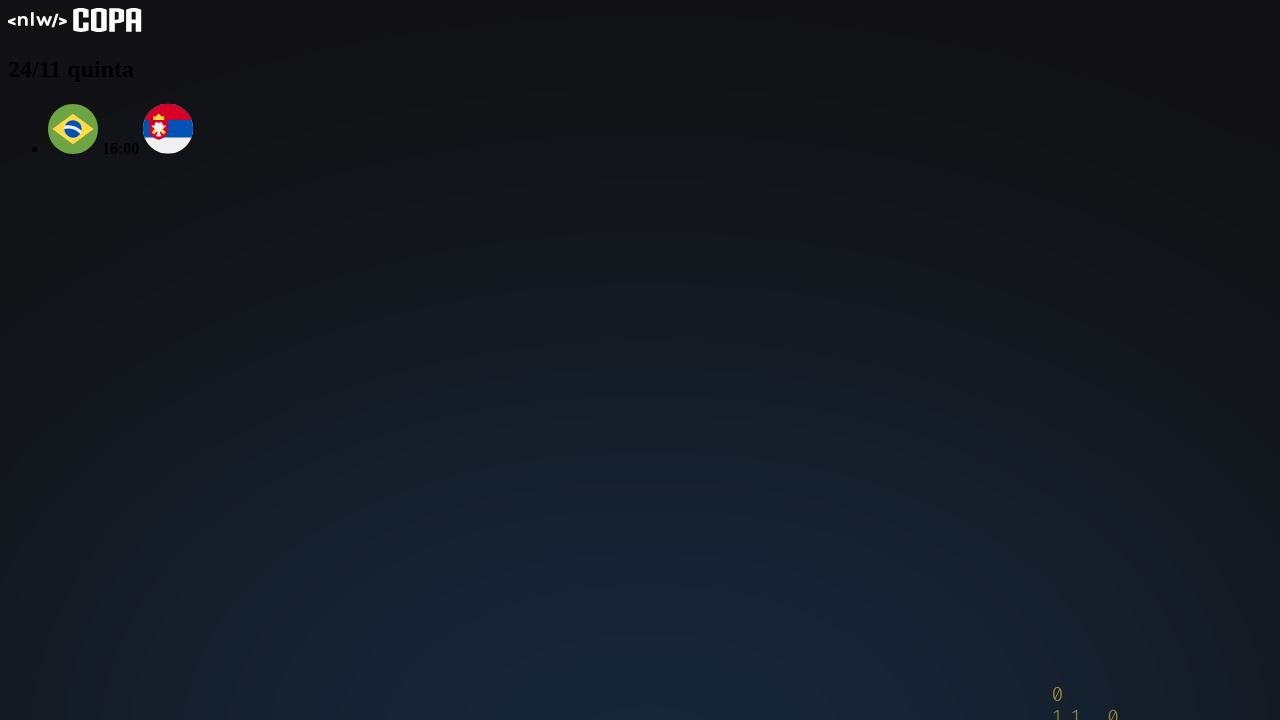
Repository: AlbertoLutz/calendario-copa
Page: index.html
An editor plug-in stored every save of this project. The page is shown before and after the next save, followed by the edit.
The browser window is 1280 px wide. The pictures show the whole page.

Above is the page before, as saved 2022-11-07 16:31:15.

After the next save:
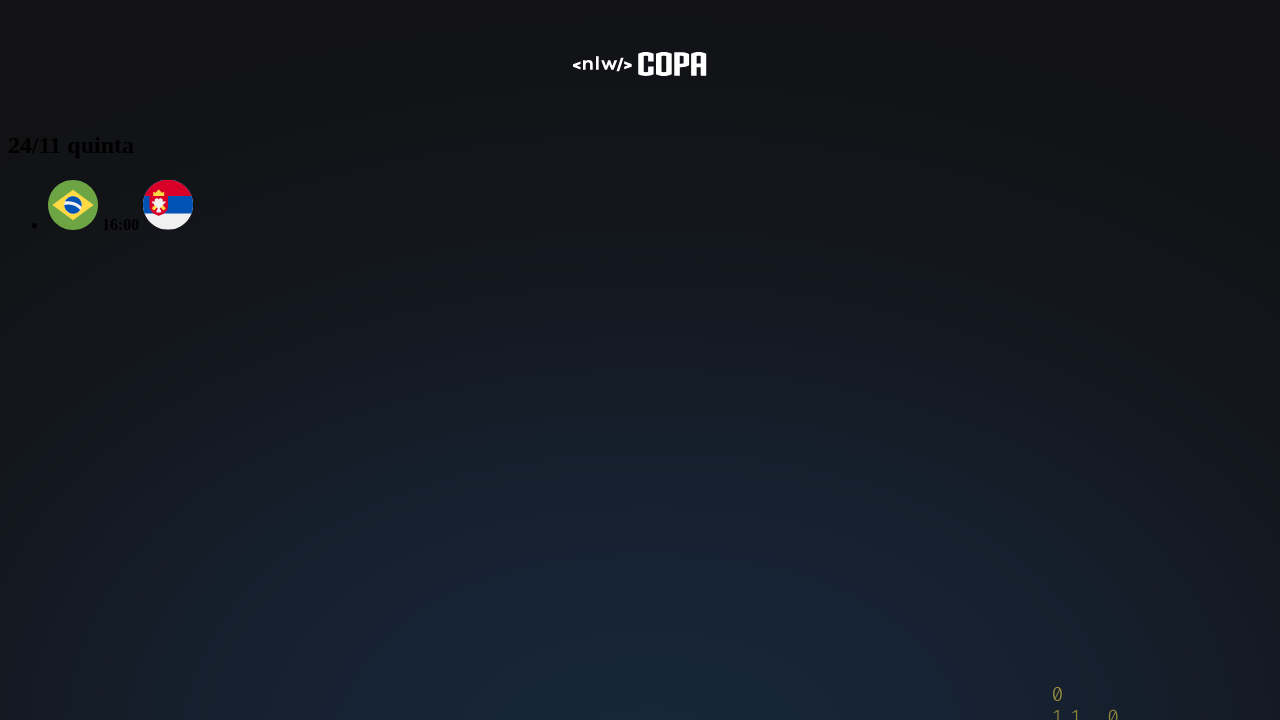
Saved 11 s later.
--- a/style.css
+++ b/style.css
@@ -7,4 +7,5 @@
 
 #app {
     width: fit-content;
+    margin: 52px auto;
 }
